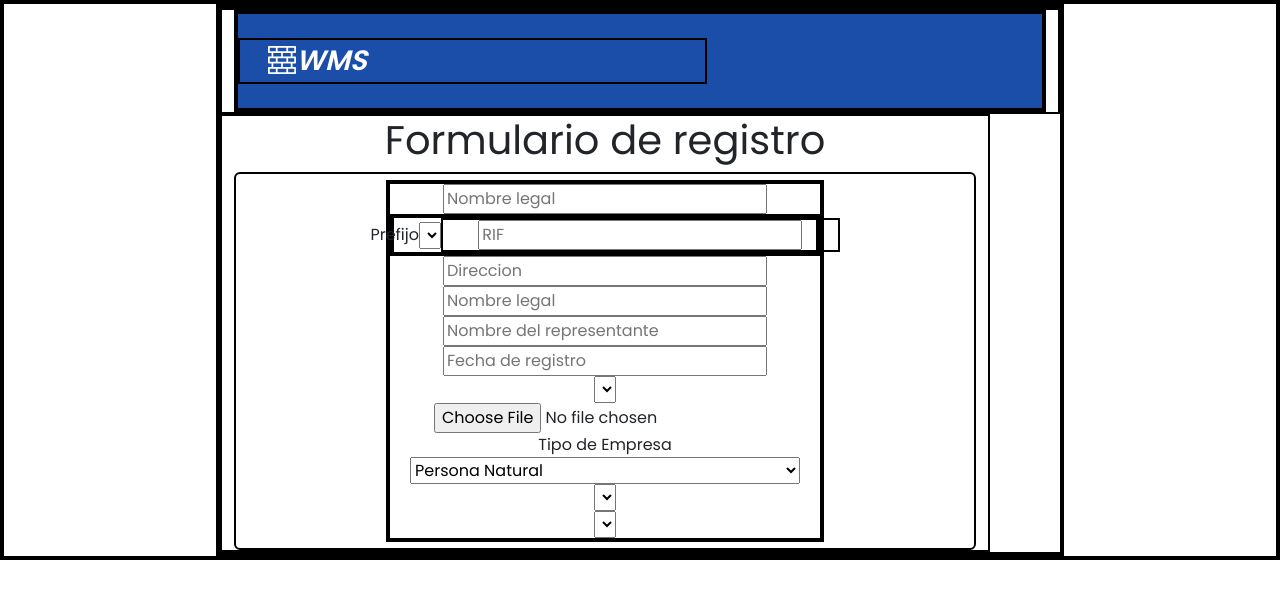
Repository: Rafa-x64/Gestion_inventario_practica
Page: http://localhost/Gestion_inventario/index.php?page=registro-empresa
These files come from the project's save history. The page is drawn as it stood at one moment and after the next save; the edit follows.
The browser window is 1280 px wide. The pictures show the whole page.
The page is run by PHP 8.4 with error messages shown; the project is at /var/www/html/.

Above is the page before, as saved 2025-07-23 17:01:33.

### index.php
<?php
require_once "config/app.php";
require_once "controller/vistaC.php";

$controlador = new vistaC();
$controlador->cargarVista();

### config/app.php
<?php

const SERVERURL = "http://localhost/Gestion_inventario/";

const NOMBRE_APLICACION = "WMS";

const MONEDA = ["bolivar" => "Bs.", "dolar" => "$", "euro" => "€", "pesos" => "$", "real" => "R$"];

date_default_timezone_set("America/Caracas");

### controller/vistaC.php
<?php
require_once("./model/vistaM.php"); //debe incluir el codigo del modelo

class vistaC extends vistaM //extiende del modelo para usar sus metodos
{

    public function cargarVista() //funcion que carga la vista segun la url que se obtiene como parametro
    {
        if (isset($_GET["page"])) { //page es el parametro especificado en .htaccess
            $vista = self::obtenerVista($_GET["page"]); //se asigna esa url a vista si esta establecido
        } else {
            $vista = "inicio-view.php"; //se muestra el inicio si no esta establecido el parametro en la url
        }

        require("view/plantilla.php"); //se requiere la plantilla para poder mostrar esa vista
    }
}

### model/vistaM.php
<?php

class vistaM
{
    //metodo que obtiene la vista que se le asigna en $pagina
    protected static function obtenerVista($pagina) //recive una variable pagina
    {
        $paginas_existentes = ["404", "inicio-sesion", "inicio", "registro-empresa"]; //lista de paginas del proyecto
        if (!in_array($pagina, $paginas_existentes)) { //si no esta en el array entonces...
            return "404-view.php"; //pagina de 404
            exit();
        }

        return $pagina . "-view.php"; //retorna $pagina-view para ser abierta por el controlador si esa pagina existe en la lista
    }
}

### view/plantilla.php
    <?php

    //aqui se ejecuta la vista y se muestran los includes si la pagina cumple cierta condicion

    if ($vista != "inicio-view.php" && $vista != "404-view.php" && $vista != "inicio-sesion-view.php" && $vista != "registro-empresa-view.php") {
        include("view/includes/links.php");
        require("view/includes/header.html");
        include("php/" . $vista);
        require("view/includes/footer.html");
        include("view/includes/scripts.php");
    }

    include("view/includes/links.php");
    require("php/" . $vista);
    include("view/includes/scripts.php");

    ?>

### view/includes/links.php
<!DOCTYPE html>
<html lang="en">

<head>
    <meta charset="UTF-8">
    <meta name="viewport" content="width=device-width, initial-scale=1.0">
    <title><?php echo NOMBRE_APLICACION; ?></title>
    <link href="https://cdn.jsdelivr.net/npm/bootstrap@5.3.7/dist/css/bootstrap.min.css" rel="stylesheet"
        integrity="sha384-LN+7fdVzj6u52u30Kp6M/trliBMCMKTyK833zpbD+pXdCLuTusPj697FH4R/5mcr" crossorigin="anonymous">
    <link rel="stylesheet" href="https://cdn.jsdelivr.net/npm/bootstrap-icons@1.10.5/font/bootstrap-icons.css">
    <link rel="stylesheet" href="<?php echo SERVERURL ?>view/css/bordes.css">
    <link rel="stylesheet" href="<?php echo SERVERURL ?>view/css/inicio-view.css">
    <link rel="shortcut icon" href="<?php echo SERVERURL ?>view/images/bootstrap-fill.ico" type="image/x-icon">
    <link rel="stylesheet" href="<?php echo SERVERURL ?>view/css/registro-empresa-view.css">
</head>

<body>

### view/php/registro-empresa-view.php
<style>
    [class*="col"],
    [class*="row"],
    [class*="section"] {
        border: 2px solid black;
    }

    [class*="container"] {
        border: 2px solid black;
    }
</style>
<div class="container-fluid">
    <div class="row d-flex flex-column align-items-center justify-content-center">
        <div class="col-8 align-items-center justify-content-center">
            <div class="row">
                <div class="col">
                    <header id="barra-navegacion">
                        <div class="container-fluid pt">
                            <div class="row flex-row py-4">
                                <div class="col-7 d-flex flex-row justify-content-start">
                                    <i class="bi bi-bricks fs-3 ps-3 text-white">WMS</i>
                                </div>
                            </div>
                        </div>
                    </header>
                </div>
                <div class="col-11 d-flex flex-column align-items-center justify-content-center">
                    <h1>Formulario de registro</h1>
                    <form action="" method="post" class="form-control d-flex flex-column align-items-center justify-content-center">
                        <div class="row d-flex flex-row align-items-center justify-content-center">
                            <div class="col-12 d-flex flex-column align-items-center justify-content-center">
                                <input type="text" name="" id="nombre_legal" placeholder="Nombre legal">
                                <div class="row">
                                    <div class="col-12 d-flex flex-row align-items-center justify-content-center">
                                        <label for="prefijo">Prefijo</label>
                                        <select name="prefijo" id="prefijo">
                                            <option value="J"></option>
                                            <option value="G"></option>
                                            <option value="P"></option>
                                            <option value="C"></option>
                                        </select>
                                        <div class="col-12 d-flex flex-row align-items-center justify-content-center">
                                            <input type="text" name="" id="rif" placeholder="RIF">
                                        </div>
                                    </div>
                                </div>
                                <input type="text" name="" id="direccion" placeholder="Direccion">
                                <input type="text" name="" id="nombre_legal" placeholder="Nombre legal">
                                <input:mail id="correo" placeholder="Correo electronico"></input:mail>
                                <input type="text" name="" id="nombre_representante" placeholder="Nombre del representante"><input type="text" name="" id="fecha_registro" placeholder="Fecha de registro">
                                <select name="" id="">
                                    <option value=""></option>
                                    <option value=""></option>
                                </select><input type="file" name="" id="logo"><label for="">Tipo de Empresa</label>
                                <select name="tipo_empresa" id="">
                                    <option value="persona_natural">Persona Natural</option>
                                    <option value="sociedad_anonima">Sociedad Anónima (S.A.)</option>
                                    <option value="sociedad_de_responsabilidad_limitada">Sociedad de Responsabilidad Limitada (S.R.L.)</option>
                                    <option value="sociedad_comanditaria">Sociedad Comanditaria</option>
                                    <option value="sociedad_civil">Sociedad Civil</option>
                                    <option value="cooperativa">Cooperativa</option>
                                    <option value="fundacion">Fundación</option>
                                    <option value="comunidad_de_bienes">Comunidad de Bienes</option>
                                    <option value="empresa_del_estado">Empresa del Estado</option>
                                    <option value="comercial">Comercial</option>
                                    <option value="industrial">Industrial</option>
                                    <option value="servicios">Servicios</option>
                                    <option value="agropecuario">Agropecuario</option>
                                    <option value="tecnologico">Tecnológico</option>
                                    <option value="salud">Salud</option>
                                    <option value="educacion">Educación</option>
                                    <option value="transporte">Transporte</option>
                                    <option value="construccion">Construcción</option>
                                    <option value="turismo">Turismo</option>
                                    <option value="financiero">Financiero</option>
                                    <option value="energia">Energía</option>
                                    <option value="local">Local</option>
                                    <option value="regional">Regional</option>
                                    <option value="nacional">Nacional</option>
                                    <option value="multinacional">Multinacional</option>
                                    <option value="transnacional">Transnacional</option>
                                    <option value="microempresa">Microempresa</option>
                                    <option value="pequena">Pequeña</option>
                                    <option value="mediana">Mediana</option>
                                    <option value="grande">Grande</option>
                                    <option value="privada">Privada</option>
                                    <option value="publica">Pública</option>
                                    <option value="mixta">Mixta</option>
                                    <option value="primario">Primario</option>
                                    <option value="secundario">Secundario</option>
                                    <option value="terciario">Terciario</option>
                                    <option value="cuaternario">Cuaternario</option>
                                    <option value="quinario">Quinario</option>
                                </select>
                                <select name="" id="">Moneda
                                    <option value=""></option>
                                    <option value=""></option>
                                    <option value=""></option>
                                </select><select name="" id="">Zona horaria
                                    <option value=""></option>
                                </select>
                            </div>
                        </div>
                    </form>
                </div>
            </div>
        </div>
    </div>
</div>

<?php
include("./controller/registroEmpresaC.php");
$registro = registroEmpresaC::getFormulario($_POST);
?>

### controller/registroEmpresaC.php
<?php

include_once("./model/mainModel.php");
include_once("./model/empresaM.php");

class registroEmpresaC extends mainModel
{

    public static function getFormulario($formulario) {}

    public static function validar_rif()
    {
        /*Se usa el algoritmo Módulo 11, que toma los primeros 9 caracteres y les aplica una
        fórmula ponderada. El resultado final es el dígito verificador que valida el número
        completo.*/
    }
}

### model/mainModel.php
<?php

include_once("./config/server.php");

class mainModel
{

    protected static function conectar_base_datos()
    {
        try {
            $con = new PDO(SGBD, USUARIO, CONSTRASEÑA);
            $con->exec("SET CARACTER SET utf8");
            return $con;
        } catch (PDOException $e) {
            echo $e->getMessage();
        }
    }

    protected static function consulta_simple($sentenciaSQL)
    {
        $operacion = self::conectar_base_datos()->prepare($sentenciaSQL);
        $operacion->execute();
        return $operacion;
    }
}

### config/server.php
<?php

const SGBD = "mysql:host=localhost;dbname=WMS";

const USUARIO = "root";

const CONSTRASEÑA = "";

const METHOD = "AES-256-CBC";

### model/empresaM.php
<?php

include_once("./model/mainModel.php");

class empresaM extends mainModel
{
    private $id_empresa = ""; //crear una funcion que genere el id de la empresa
    private $nombre_legal = "";
    private $prefijo = "";//letra inicial del rif
    private $rif = ""; //validar que sea un rif valido segun el pais
    private $direccion = "";
    private $contacto = "";
    private $correo = "";
    private $nombre_representante = "";
    private $fecha_registro = ""; //date
    private $estado_condicion = ""; //booleano
    private $logo = ""; //imagen;
    private $tipo_empresa = "";
    private $moneda = ""; //seleccionar las monedas existentes en ./config/server.php
    private $zona_horaria = "";

    public function __construct(
        $nombre_legal,
        $rif,
        $direccion,
        $contacto,
        $correo,
        $nombre_representante,
        $fecha_registro,
        $estado_condicion,
        $logo,
        $tipo_empresa,
        $moneda,
        $zona_horaria
    ) {
        $this->id_empresa = $this->generarIdEmpresa();
        $this->nombre_legal = $nombre_legal;
        $this->rif = $rif;
        $this->direccion = $direccion;
        $this->contacto = $contacto;
        $this->correo = $correo;
        $this->nombre_representante = $nombre_representante;
        $this->fecha_registro = $fecha_registro;
        $this->estado_condicion = $estado_condicion;
        $this->logo = $logo;
        $this->tipo_empresa = $tipo_empresa;
        $this->moneda = $moneda;
        $this->zona_horaria = $zona_horaria;
    }

    private function generarIdEmpresa()
    {
        return uniqid("EMP_");
    }

    public function getIdEmpresa()
    {
        return $this->id_empresa;
    }

    public function getNombreLegal()
    {
        return $this->nombre_legal;
    }

    public function setNombreLegal($nombre_legal)
    {
        $this->nombre_legal = $nombre_legal;
    }

    public function getRif()
    {
        return $this->rif;
    }

    public function setRif($rif)
    {
        $this->rif = $rif;
    }

    public function getDireccion()
    {
        return $this->direccion;
    }

    public function setDireccion($direccion)
    {
        $this->direccion = $direccion;
    }

    public function getContacto()
    {
        return $this->contacto;
    }

    public function setContacto($contacto)
    {
        $this->contacto = $contacto;
    }

    public function getCorreo()
    {
        return $this->correo;
    }

    public function setCorreo($correo)
    {
        $this->correo = $correo;
    }

    public function getNombreRepresentante()
    {
        return $this->nombre_representante;
    }

    public function setNombreRepresentante($nombre_representante)
    {
        $this->nombre_representante = $nombre_representante;
    }

    public function getFechaRegistro()
    {
        return $this->fecha_registro;
    }

    public function setFechaRegistro($fecha_registro)
    {
        $this->fecha_registro = $fecha_registro;
    }

    public function getEstadoCondicion()
    {
        return $this->estado_condicion;
    }

    public function setEstadoCondicion($estado_condicion)
    {
        $this->estado_condicion = $estado_condicion;
    }

    public function getLogo()
    {
        return $this->logo;
    }

    public function setLogo($logo)
    {
        $this->logo = $logo;
    }

    public function getTipoEmpresa()
    {
        return $this->tipo_empresa;
    }

    public function setTipoEmpresa($tipo_empresa)
    {
        $this->tipo_empresa = $tipo_empresa;
    }

    public function getMoneda()
    {
        return $this->moneda;
    }

    public function setMoneda($moneda)
    {
        $this->moneda = $moneda;
    }

    public function getZonaHoraria()
    {
        return $this->zona_horaria;
    }

    public function setZonaHoraria($zona_horaria)
    {
        $this->zona_horaria = $zona_horaria;
    }

    public function __toString()
    {
        return "Empresa: {$this->nombre_legal}, RIF: {$this->rif}, Dirección: {$this->direccion}, Contacto: {$this->contacto}, Correo: {$this->correo}, Representante: {$this->nombre_representante}, Fecha de registro: {$this->fecha_registro}, Estado: {$this->estado_condicion}, Tipo: {$this->tipo_empresa}, Moneda: {$this->moneda}, Zona horaria: {$this->zona_horaria}";
    }
}

### view/includes/scripts.php
</body>

<script src="https://cdn.jsdelivr.net/npm/bootstrap@5.3.7/dist/js/bootstrap.bundle.min.js"
    integrity="sha384-ndDqU0Gzau9qJ1lfW4pNLlhNTkCfHzAVBReH9diLvGRem5+R9g2FzA8ZGN954O5Q"
    crossorigin="anonymous">
</script>

</html>

### view/css/bordes.css
@import url('https://fonts.googleapis.com/css2?family=Poppins:wght@300;400;600&display=swap');

body {
    margin: 0;
    padding: 0;
    font-size: 1rem;
    font-weight: 600;
    font-family: 'Poppins', sans-serif;
}

/*----------comentar para ocultar los bordes visibles--------------*/
[class*="col"],
[class*="row"],
[class*="section"] {
    border: 2px solid black;
}

[class*="container"] {
    border: 2px solid black;
}

### view/css/inicio-view.css
#main {
    background-color: #e5eeff;
}

#barra-navegacion {
    background-color: #1a4ea9;
}

#eslogan {
    color: white;
}

#registro-sesion a {
    text-decoration: none;
    color: white;
    border-radius: 1rem;
}

#registro,
#inicio-sesion {
    border-radius: 1rem;
}



#conocenos h1 {
    color: #1a4ea9;
    font-size: 3.5rem;
    font-weight: bold;
}

#comparativa {
    position: relative;
    background-color: white;
    border-radius: 1rem;
    box-shadow: 0 4px 12px #c5d3e0;
}

.icono-superior {
    position: absolute;
    top: -25px;
    /* sobresale por arriba */
    right: -20px;
    /* sobresale por la izquierda */
    z-index: 9999;
}

#comparativa h1 {
    font-size: 2.5rem;
    font-weight: bold;
}

#comparativa i {
    color: #00923F !important;
}

#comparativa b {
    color: #1a4ea9;
}

Loaded but not shown: view/css/registro-empresa-view.css (no copy from this time; the picture is the same without it)

After the next save:
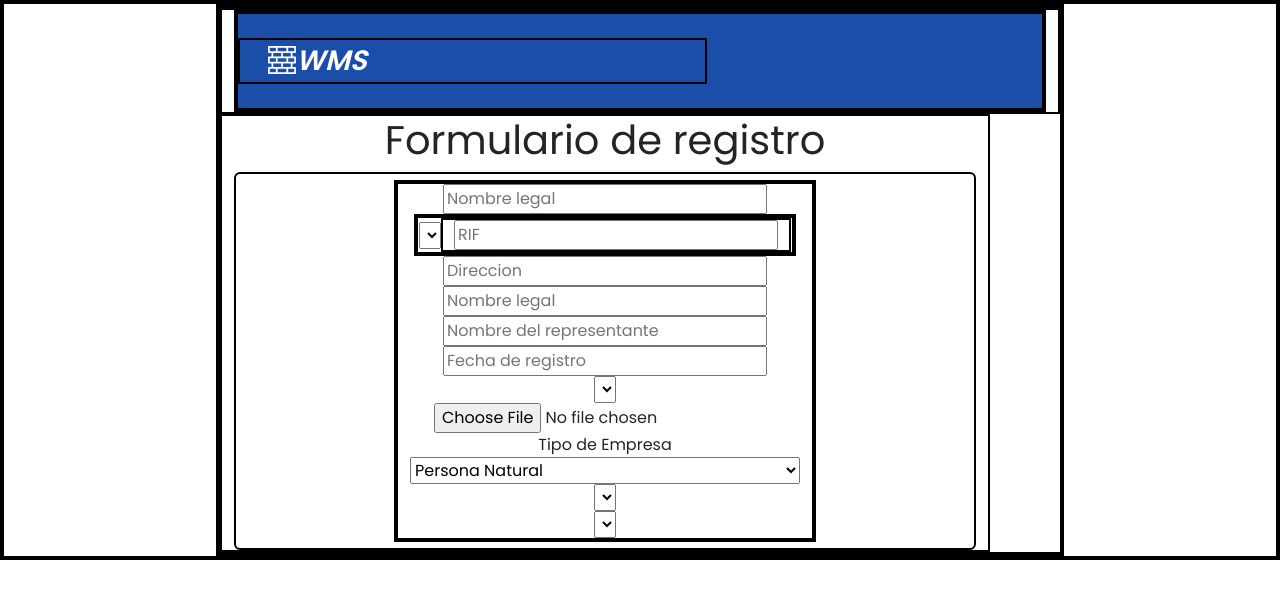
Saved 17 s later.
--- a/view/php/registro-empresa-view.php
+++ b/view/php/registro-empresa-view.php
@@ -32,7 +32,6 @@
                                 <input type="text" name="" id="nombre_legal" placeholder="Nombre legal">
                                 <div class="row">
                                     <div class="col-12 d-flex flex-row align-items-center justify-content-center">
-                                        <label for="prefijo">Prefijo</label>
                                         <select name="prefijo" id="prefijo">
                                             <option value="J"></option>
                                             <option value="G"></option>
